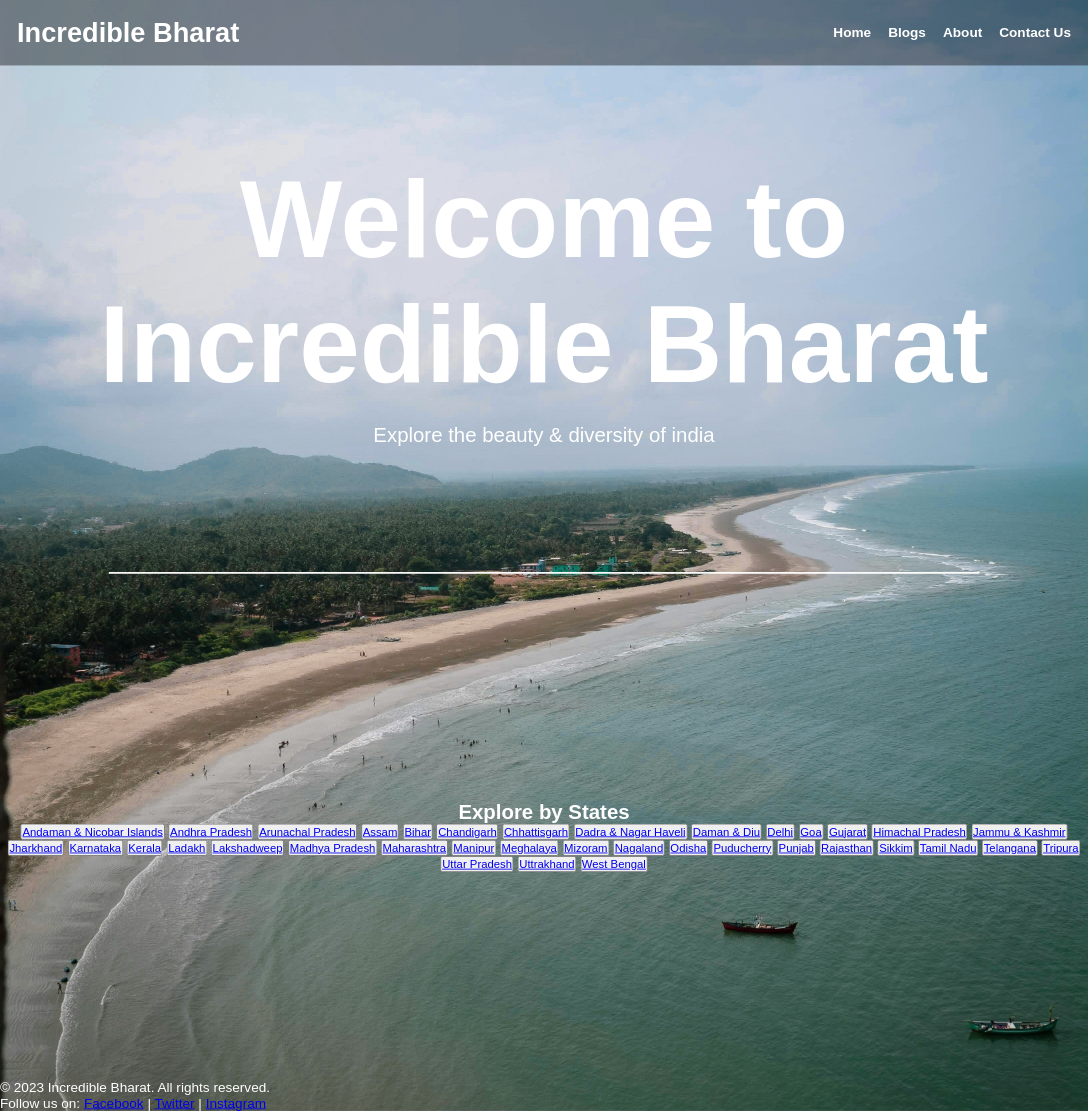
Repository: jaidhiman111/incrediblebharat
Page: index.html
An editor plug-in stored every save of this project. The page is shown before and after a run of saves, followed by the edit.
The browser window is 1280 px wide. The pictures show the whole page, at 85% of full size.

Above is the page before, as saved 2025-04-30 22:25:37.

After the next 2 saves:
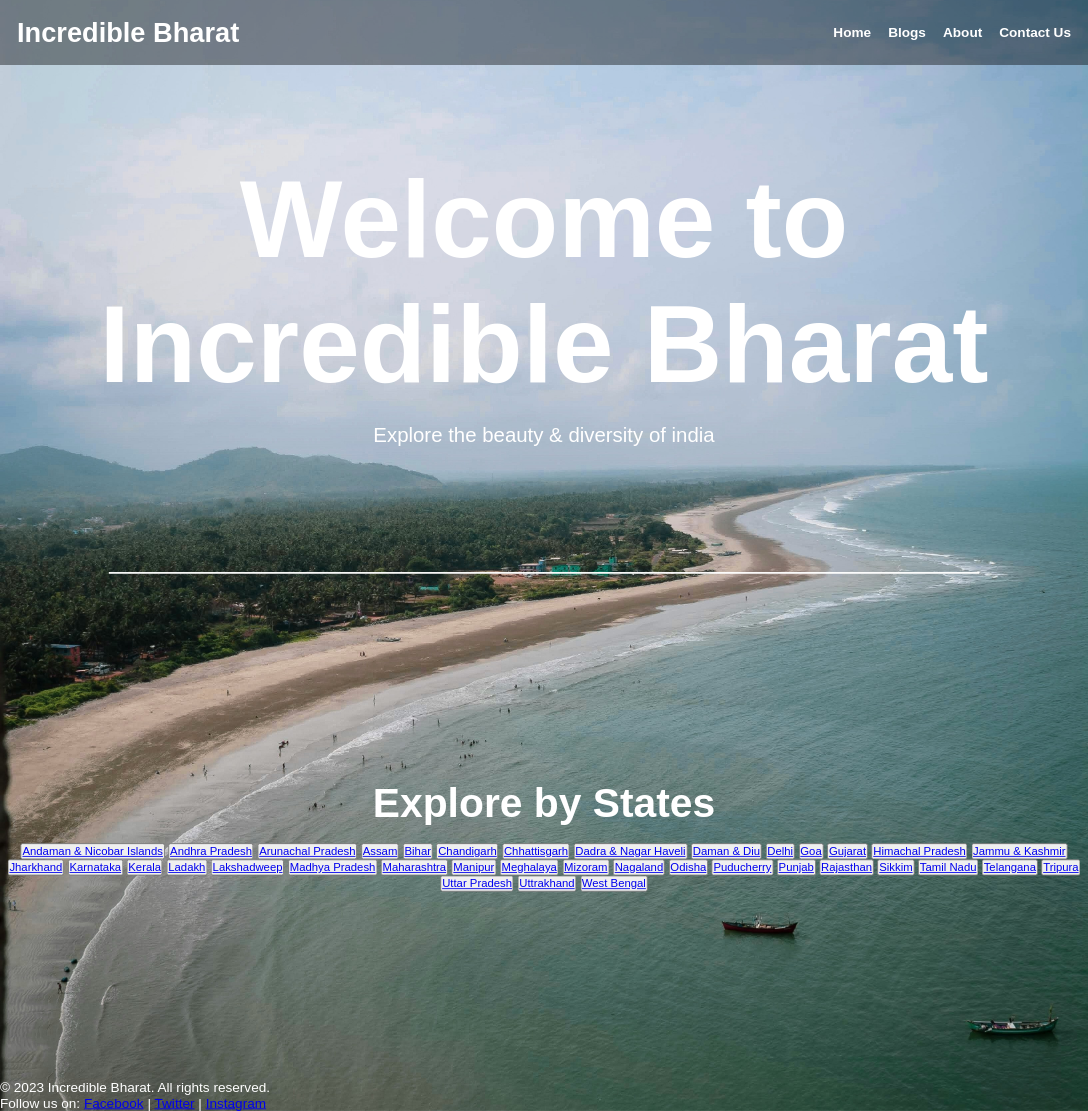
The 2 saves are shown as one change because they came seconds apart.
The last was saved 21 s later.
--- a/assets/style.css
+++ b/assets/style.css
@@ -84,3 +84,8 @@ hr {
     height: 80vh;
     text-align: center;
 }
+
+.state-section h2 {
+    font-size: 3rem;
+    margin-bottom: 20px;
+}
